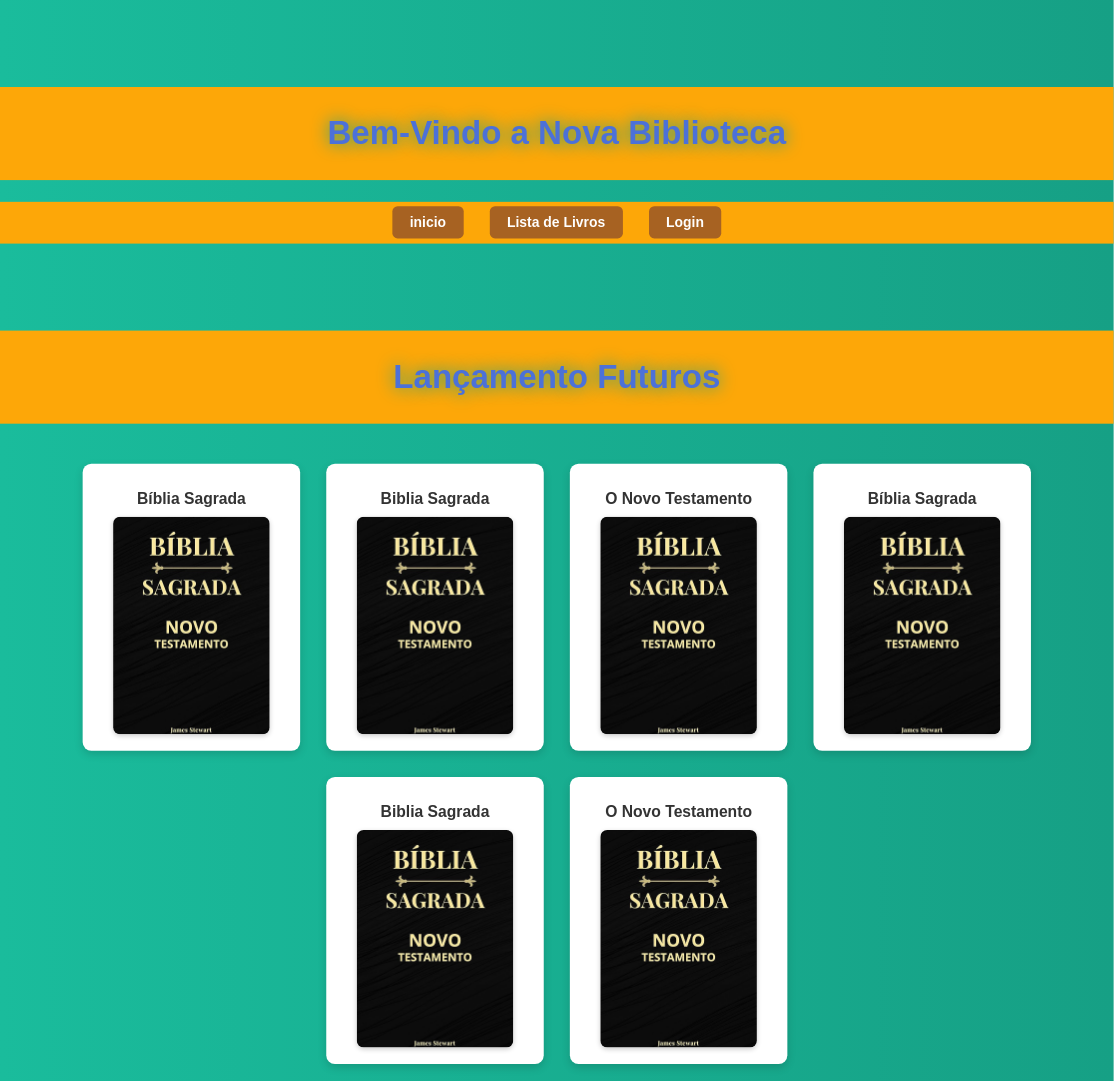
Repository: cleytonds/Biblioteca
Page: templates/Biblioteca_usuario.HTML
An editor plug-in stored every save of this project. The page is shown before and after the next save, followed by the edit.
The browser window is 1280 px wide. The pictures show the whole page, at 87% of full size.

Above is the page before, as saved 2025-11-15 16:18:00.

### templates/Biblioteca_usuario.HTML
<!DOCTYPE html>
<html lang="en">
<head>
    <meta charset="UTF-8">
    <meta name="viewport" content="width=device-width, initial-scale=1.0">
    <title>Biblioteca</title>
    <link rel="stylesheet" href="../Static/indexStyle.css">
    <link rel="stylesheet" href="/Biblioteca/app.py">




</head>
<body>
    <!--inicio da pagina-->
    <h1>Bem-Vindo a Nova Biblioteca </h1>

    <al class="menu">
        <li><a href="Biblioteca_usuario.HTML"> inicio</a></li>
        <li><a href="lista_livros.HTML">Lista de Livros</a></li>
        <li><a href="login.HTML">Login</a></li>

    </al>


   <main>
        <h1>Lançamento Futuros</h1>
        <section>
         <article>
            <h2>Bíblia Sagrada</h2>
            <img src="nono.jpg" alt="Biblia sagrada">
         </article>

         <aside>
            <h2>Biblia Sagrada</h2>
            <img src="nono.jpg" alt="Biblia Sagrada">
         </aside>

         <article>
            <h2>O Novo Testamento</h2>
            <img src="nono.jpg" alt="Novo testamento">
         </article>
         <article>
            <h2>Bíblia Sagrada</h2>
            <img src="nono.jpg" alt="Biblia sagrada">
         </article>

         <aside>
            <h2>Biblia Sagrada</h2>
            <img src="nono.jpg" alt="Biblia Sagrada">
         </aside>

         <article>
            <h2>O Novo Testamento</h2>
            <img src="nono.jpg" alt="Novo testamento">
         </article>
        </section>
   </main>


</body>
</html>

### Static/indexStyle.css
/*cor do nome principal da pagina*/
@keyframes brilho{
    0%{ text-shadow: 0 0 10px #1abc9c;}
    50%{ text-shadow: 0 0 20px #16a085;}
    100%{ text-shadow: 0 0 10px #1abc9c;}
}

@import url('https://fonts.googleapis.com/css2?family=Poppins:wght@600&family=Montserrat:wght@500&display=swap');
/*estilo da fonte*/
.titulo{
    font-family: 'montserrat',sans-serif;
}
/*estiolo dos titulos*/
h1{
    font-family:'Poppins',sans-serif;
    font-size: 38px;
    color: #4c71d8;
    text-align: center;
    margin-top: 100px;
    animation: brilho 2s infinite alternate;

}
/*estilo do fundo da pag*/
body{
    background: linear-gradient(to right, #1abc9c, #16a085)/*cor fundo da pagina*/
}
/*cores do menu da pagina*/
h1{
    padding: 2rem;
    background-color: rgb(253, 167, 8);
    text-align: center;
}

button{
    display: flex;
    height: 100%;
    background-color: #eff1ef;
    color: #0000ee;
    text-align: center;
    margin-block-end: 12px;

}
body {
    margin: 0;
    font-family: Arial, sans-serif;
    background-color: #fdfdfd;

}

/*opções de menu*/
.menu{
    list-style: none; /*tira os marcadores*/
    padding: 0;
    margin: 0;
    display: flex;          /* coloca os itens lado a lado */
    justify-content: center; /* centraliza no meio da tela */
    gap: 30px;                  /* espaço entre os botões */
    background-color:  rgb(253, 167, 8);  /* cor da barra de menu */
    padding: 15px 0;

}
/*estilo dos linrs (botões)*/
.menu li a {
    text-decoration: none;
    color: rgb(255, 255, 255);
    font-weight: bold;
    padding: 10px 20px;
    border-radius: 6px;
    background-color: #a76222;
    transition: backgronud 0.3s, transform 0.2s;

}
/*Efeito houver (ao passar o mouse)*/
.menu li a:hover{
    background-color: #1abc9c;
    transform: scale(1.05);
}
body {
    background-color: #f5f5f5;
    font-family: Arial, Helvetica, sans-serif;

}
/* Estilo geral */
body {
    background-color: #f5f5f5;
    font-family: Arial, sans-serif;
    margin: 0;
    padding: 0;
}

/* A section é o container das imagens */
section {
    display: flex;                /* Coloca lado a lado */
    justify-content: center;      /* Centraliza horizontalmente */
    align-items: flex-start;      /* Alinha pelo topo */
    gap: 30px;                    /* Espaço entre os elementos */
    flex-wrap: wrap;              /* Quebra linha se a tela for pequena */
    padding: 20px;
}

/* Cada article e aside se comportam como caixinhas */
article, aside {
    background-color: white;
    border-radius: 10px;
    box-shadow: 0 4px 10px rgba(0,0,0,0.15);
    text-align: center;
    padding: 15px;
    width: 220px;                 /* Largura fixa de cada bloco */
    transition: transform 0.3s ease;
}

/* Efeito de destaque ao passar o mouse */
article:hover, aside:hover {
    transform: scale(1.05);
}

/* Título de cada livro */
h2 {
    font-size: 18px;
    color: #333;
    margin-bottom: 10px;
}

/* Estilo da imagem */
img {
    width: 180px;                 /* Diminui o tamanho da imagem */
    height: 250px;                /* Altura proporcional */
    object-fit: cover;            /* Corta imagem mantendo o formato */
    border-radius: 8px;
    box-shadow: 0 2px 6px rgba(0,0,0,0.2);
}
@media (max-width: 768px) {
    section {
        flex-direction: column;
        align-items: center;
    }

    article, aside {
        width: 80%;
    }

    img {
        width: 100%;
        height: auto;
    }
}

After the next save:
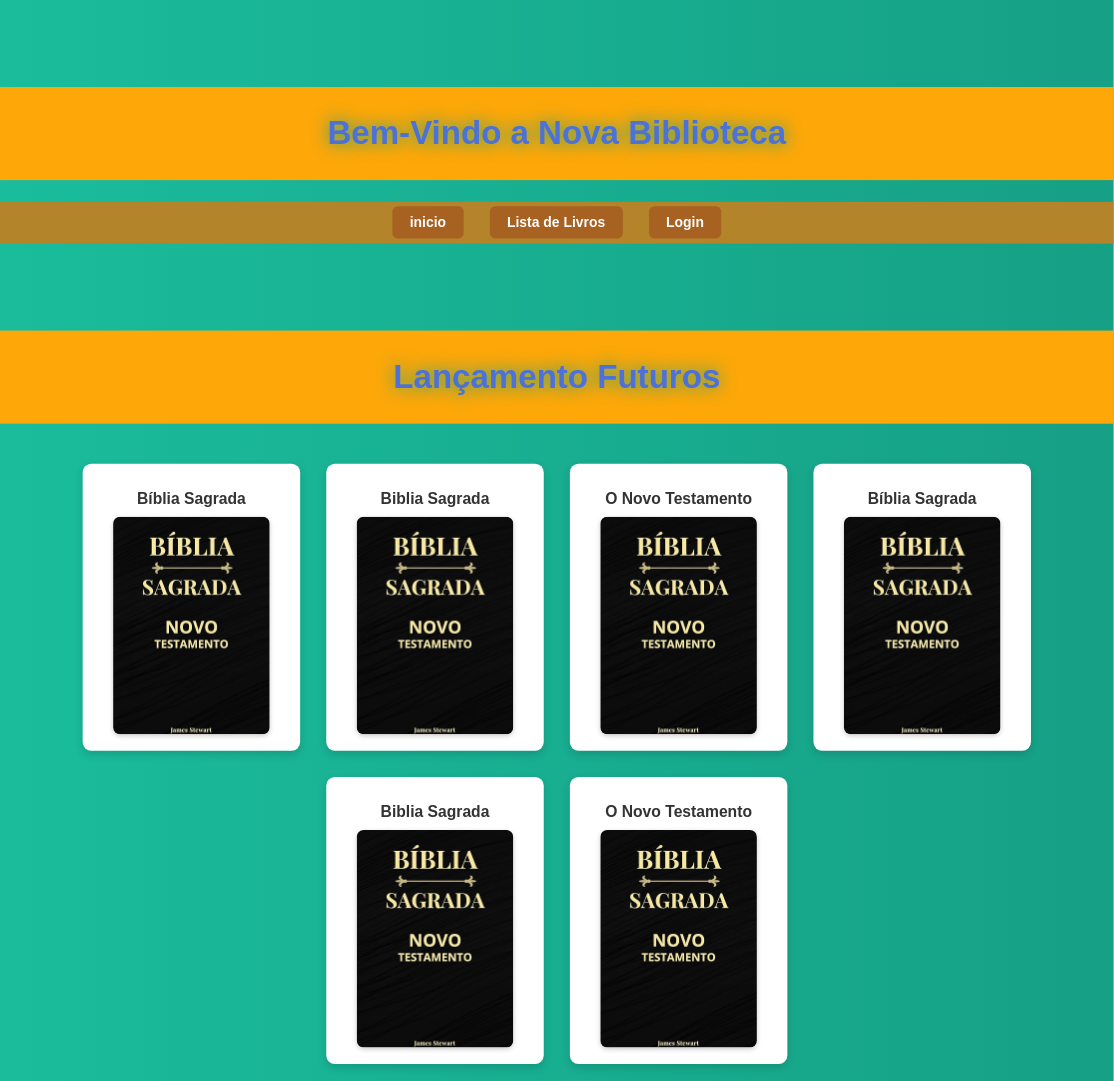
Saved 106 s later.
--- a/Static/indexStyle.css
+++ b/Static/indexStyle.css
@@ -55,7 +55,7 @@
     display: flex;          /* coloca os itens lado a lado */
     justify-content: center; /* centraliza no meio da tela */
     gap: 30px;                  /* espaço entre os botões */
-    background-color:  rgb(253, 167, 8);  /* cor da barra de menu */
+    background-color:  rgb(180, 132, 43);  /* cor da barra de menu */
     padding: 15px 0;
 
 }

After the save that followed:
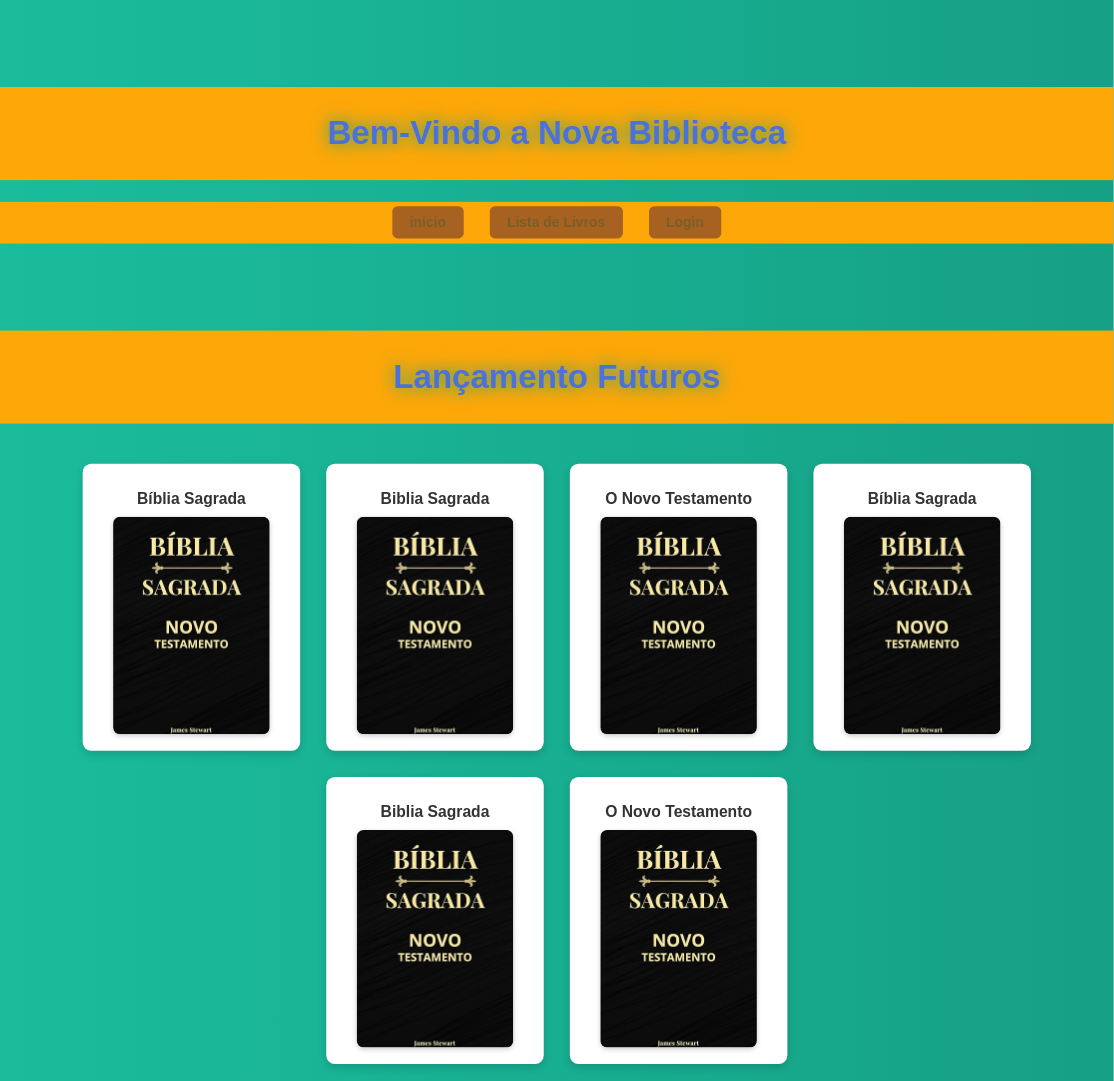
Saved 14 s later.
--- a/Static/indexStyle.css
+++ b/Static/indexStyle.css
@@ -55,14 +55,14 @@
     display: flex;          /* coloca os itens lado a lado */
     justify-content: center; /* centraliza no meio da tela */
     gap: 30px;                  /* espaço entre os botões */
-    background-color:  rgb(180, 132, 43);  /* cor da barra de menu */
+    background-color:  rgb(253, 167, 8);  /* cor da barra de menu */
     padding: 15px 0;
 
 }
 /*estilo dos linrs (botões)*/
 .menu li a {
     text-decoration: none;
-    color: rgb(255, 255, 255);
+    color: rgb(122, 94, 41);
     font-weight: bold;
     padding: 10px 20px;
     border-radius: 6px;
